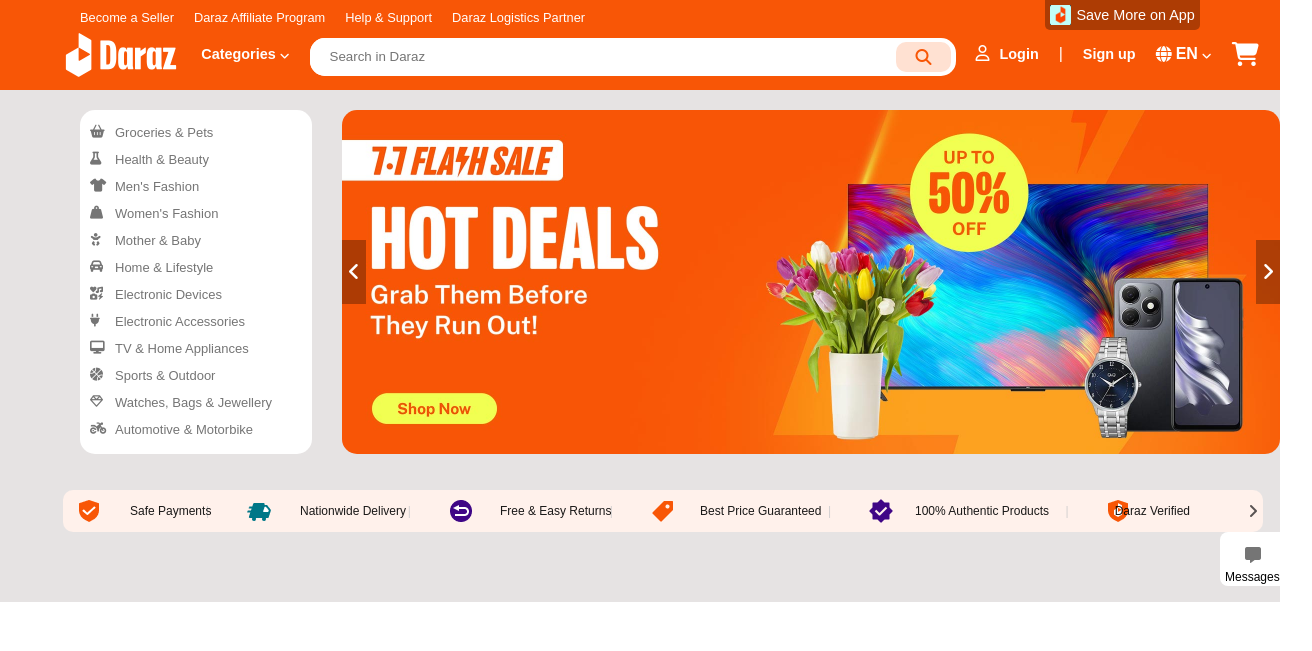
Repository: ubiadurrahman/Draz---Clone
Page: daraz.html
The author's editor kept a copy of each file at every save. The page is drawn from the files as they stood at one save, then again after the next save.
The browser window is 1280 px wide. The page is 1312 px wide, so the pictures cover 1312 px, including what lies to the right of the window. The pictures show the whole page.

Above is the page before, as saved 2024-07-10 22:41:58.

### daraz.html
<!DOCTYPE html>
<html lang="en">

<head>
    <meta charset="UTF-8">
    <meta name="viewport" content="width=device-width, initial-scale=1.0">
    <title>Daraz</title>
    <link rel="stylesheet" href="https://cdnjs.cloudflare.com/ajax/libs/font-awesome/6.5.2/css/all.min.css"
        integrity="sha512-SnH5WK+bZxgPHs44uWIX+LLJAJ9/2PkPKZ5QiAj6Ta86w+fsb2TkcmfRyVX3pBnMFcV7oQPJkl9QevSCWr3W6A=="
        crossorigin="anonymous" referrerpolicy="no-referrer" />
    <link rel="stylesheet" href="daraz.css">
</head>

<body>
    <header>
        <section class="head-top">
            <div class="topleft">
                <div class="topspace"></div>
                <div class="topleft1">
                    <p class="tophover">Become a Seller</p>
                </div>
                <div class="topleft2">
                    <p class="tophover"> Daraz Affiliate Program</p>
                </div>
                <div class="topleft3">
                    <p class="tophover"> Help & Support</p>
                </div>
                <div class="topleft4">
                    <p class="tophover"> Daraz Logistics Partner</p>
                </div>
            </div>
            <div class="topright">
                <img src="download (1).png" alt="">
                <p class="tophover"> Save More on App</p>
            </div>
        </section>
        <section class="mainhead">
            <div class="logo">
                <img src="daraz-logo.png" alt="">
            </div>
            <div class="category">
                <p>Categories</p>
                <i class="down fa-solid fa-angle-down"></i>
            </div>
            <div class="search">
                <input type="search" placeholder="Search in Daraz">
                <i class="search-icon fa-solid fa-magnifying-glass"></i>
            </div>
            <div class="login">
                <div class="loginicon box">
                    <i class="fa-regular fa-user"></i>
                </div>
                <p>Login</p>
            </div>
            <div class="mainhead-space">
                <p>|</p>
            </div>
            <div class="signup">
                <p>Sign up</p>
            </div>
            <div class="language">
                <i class="fa-solid fa-globe"></i>
                <p>EN</p>
                <i class="down fa-solid fa-angle-down"></i>
            </div>
            <div class="cart">
                <i class="fa-solid fa-cart-shopping"></i>
            </div>
        </section>
    </header>
    <section class="hero-section">
        <div class="first">
            <div class="first-p paragraph">
                <i class="icon fa-solid fa-basket-shopping"></i>
                <p>Groceries & Pets</p>
            </div>
            <div class="second-p paragraph">
                <i class="icon fa-solid fa-flask"></i>
                <p>Health & Beauty</p>
            </div>
            <div class="third-p paragraph">
                <i class="icon fa-solid fa-shirt"></i>
                <p>Men's Fashion</p>
            </div>
            <div class="four-p paragraph">
                <i class="icon fa-solid fa-weight-hanging"></i>
                <p>Women's Fashion</p>
            </div>
            <div class="fifth-p paragraph">
                <i class="icon fa-solid fa-baby"></i>
                <p>Mother & Baby</p>
            </div>
            <div class="six-p paragraph">
                <i class="icon fa-solid fa-car-rear"></i>
                <p>Home & Lifestyle</p>
            </div>
            <div class="seven-p paragraph">
                <i class="icon fa-solid fa-icons"></i>
                <p>Electronic Devices</p>
            </div>
            <div class="eight-p paragraph">
                <i class="icon fa-solid fa-plug"></i>
                <p>Electronic Accessories</p>
            </div>
            <div class="nine-p paragraph">
                <i class="icon fa-solid fa-desktop"></i>
                <p>TV & Home Appliances</p>
            </div>
            <div class="ten-p paragraph">
                <i class="icon fa-solid fa-basketball"></i>
                <p>Sports & Outdoor</p>
            </div>
            <div class="eleven-p paragraph">
                <i class="icon fa-regular fa-gem"></i>
                <p>Watches, Bags & Jewellery</p>
            </div>
            <div class="twelve-p paragraph">
                <i class="icon fa-solid fa-motorcycle"></i>
                <p>Automotive & Motorbike</p>
            </div>
        </div>
        <div class="image-container">
            <div class="image-list">

                <div class="image-item">
                    <img src="hero-1.jpg" alt="">
                </div>
                <div class="image-btn">
                    <button class="slide-btn frst"><i class="fa-solid fa-angle-left"></i></button>
                    <button class="slide-btn-sec"><i class="fa-solid fa-angle-right"></i></button>

                </div>
            </div>
    </section>
    <div class="sec">
        <div class="br">
            <div class="sec-fst">
                <img src="sec-fst.png" alt="">
            </div>
            <p class="sec-fstp">Safe Payments</p>
            <div class="slash">
                <p>|</p>
            </div>
            <div class="sec-sec">
                <img src="sec-sec.png" alt="">
            </div>
            <div class="sec-secp">
                <p>Nationwide Delivery</p>
            </div>
            <div class="slash">
                <p>|</p>
            </div>
            <div class="sec-third">
                <img src="sec-third.png" alt="">
            </div>
            <p class="sec-thirdp">Free & Easy Returns</p>
            <div class="slash">
                <p>|</p>
            </div>
            <div class="sec-four">
                <img src="sec-four.png" alt="">
            </div>
            <div class="sec-fourp">
                <p>Best Price Guaranteed</p>
            </div>
            <div class="slash">
                <p>|</p>
            </div>
            <div class="sec-fifth">
                <img src="sec-fifth.png" alt="">
            </div>
            <div class="sec-fifthp">
                <p>100% Authentic Products</p>
            </div>
            <div class="slash">
                <p>|</p>
            </div>
            <div class="sec-six">
                <img src="sec-six.png" alt="">
            </div>
            <div class="sec-sixp">
                <p>Daraz Verified</p>
            </div>
            <div class="angle">
                <i class="fa-solid fa-angle-right"></i>
            </div>
        </div>
    </div>

    <!-- <div class="mid-pic">
        <div class="mid-image">
            <img src="mid-img.png.crdownload" alt="">
        </div>
    </div>
     -->
<div class="m-box">
    <div class="msg-box">
        <div class="icon-box">
            <i class="fa-solid fa-message"></i>
        </div>
        <div class="message-box">
            <p>Messages</p>
        </div>
    </div>
    </div>

</body>

</html>

### daraz.css
* {
    margin: 0px;
    padding: 0px;
    border: border-box;
    font-family: "Robot", sans-serif;
}

header {
    height: 90px;
    width: 100%;
    background-color: #f85606;
    color: white;
}

.head-top {
    height: 30px;
    display: flex;
}

.topleft {
    display: flex;
    align-items: center;
    gap: 20px;
    padding-top: 5px;
    font-size: 0.8rem;
}

.topspace {
    width: 60px;
}

/* TopRight */
.topright {
    width: 145px;
    height: 30px;
    display: flex;
    position: absolute;
    right: 80px;
    align-items: center;
    justify-content: center;
    gap: 5px;
    background-color: #0000004d;
    padding: 0px 5px;
    border-bottom-right-radius: 5px;
    border-bottom-left-radius: 5px;
    cursor: pointer;
}

.topright img {
    height: 20px;
}

.topright p {
    font-size: 0.9rem;
}

.topleft1 p {
    cursor: pointer;
}

.topleft2 p {
    cursor: pointer;
}

.topleft3 p {
    cursor: pointer;
}

.tophover:hover {
    color: #cdcdcd;
}

/* +++++++++++++++++++++Main Head+++++++++++++++++++++ */
.mainhead {
    display: flex;
    align-items: center;
    justify-content: center;
    gap: 20px;
}

.logo {
    width: 120px;
    height: 48px;
    margin-left: 40px;
}

.logo img {
    height: 48px;
}

.category {
    display: flex;
    align-items: center;
    justify-content: center;
    gap: 4px;
}

.category p {
    font-size: 0.9rem;
    font-weight: 700;
}

.category:hover {
    background-color: #d45617;
    width: 90px;
    height: 35px;
    border-radius: 10px;
}

.search {
    width: 646px;
    height: 38px;
    display: flex;
    align-items: center;
    justify-content: space-around;
    background-color: white;
    border-radius: 15px;
    margin-top: 5px;
}

.search input {
    width: 100%;
    height: 100%;
    border: none;
    outline: none;
    padding-left: 20px;
    border-radius: 15px;
}

placeholder {
    color: #a1a09e;
}

.search i {
    width: 60px;
    height: 30px;
    background-color: #ffe1d2;
    color: #f85606;
    border-radius: 10px;
    display: flex;
    align-items: center;
    justify-content: center;
    margin-right: 5px;
    cursor: pointer;
}

.login {
    display: flex;
    align-items: center;
    justify-content: center;
    gap: 10px;
    cursor: pointer;
}

.login p {
    font-size: 0.9rem;
    font-weight: 700;
}

.login:hover {
    background-color: #d45617;
    width: 80px;
    height: 35px;
    border-radius: 10px;
}

.language {
    display: flex;
    align-items: center;
    justify-content: center;
    gap: 4px;
    cursor: pointer;
}

.signup p {
    font-size: 0.9rem;
    font-weight: 700;
}

.signup:hover {
    display: flex;
    align-items: center;
    justify-content: center;
    background-color: #d45617;
    width: 60px;
    height: 35px;
    border-radius: 10px;
}

.language:hover {
    background-color: #d45617;
    width: 60px;
    height: 35px;
    border-radius: 10px;
}

.language p {
    font-weight: 600;
}

.down {
    font-size: 0.7rem;
    padding-top: 5px;
}

.cart i {
    font-size: 1.5rem;
}

.cart:hover {
    display: flex;
    align-items: center;
    justify-content: center;
    background-color: #d45617;
    width: 40px;
    height: 35px;
    border-radius: 10px;
}

/* Hero Section */

.hero-section {
    display: flex;
    width: 100%;
    height: 400px;
    background-color: #e6e3e3;
}

.first {
    width: 239.23px;
    height: 344px;
    background-color: white;
    margin-top: 20px;
    margin-left: 80px;
    color: #757575;
    border-radius: 15px;
}

.paragraph {
    display: flex;
    width: 172px;
    height: 27px;
    font-size: 13px;
    margin: 0px 0px 0px 35px;
}

.first-p {
    display: flex;
    width: 172px;
    height: 27px;
    font-size: 13px;
    margin: 15px 0px 0px 35px;
}

.icon {

    position: absolute;
    left: 90px;
}

.image-container{
    position: relative;
    /* width: 938px;
    height: 344px;
    margin-top: 20px;
    margin-left: 30px;
    background-size: cover;
    border-radius: 15px; */
}
.image-list {
    display: flex;
}
.image-item {
    min-width: 14%;

}
.image-item img {
    width: 938px;
    height: 344px;
    margin-top: 20px;
    margin-left: 30px;
    background-size: cover;
    border-radius: 15px;
}

.image-btn {
    position: absolute;
    top: 0;
    display: flex;
    justify-content: space-between;
    width: 1000px;
}
.slide-btn {
    width: 24px;
    height: 64px;
    font-size: 20px;
    color: white;
    background-color: #0000004d;
    border: transparent;
    margin-top: 150px;
    margin-left: 30px;
    margin-right: 32px;
}
.slide-btn-sec{
    width: 24px;
    height: 64px;
    font-size: 20px;
    color: white;
    background-color: #0000004d;
    border: transparent;
    margin-top: 150px;
    margin-left: 30px;
    margin-right: 32px;
}
.sec {
    display: flex;
    align-items: center;
    justify-content: space-evenly;
    background-color:#e6e3e3;
}
.br {
    display: flex;
    justify-content: space-evenly;
    align-items: center;
    color: #000000e6;
    background-color: #fff1eb;
    width: 1200px;
    height: 42px;
    margin-left: 46px;
    font-size: 12px;
    border-radius: 10px;
}
.br:hover {
    background-color: rgb(247, 236, 238);
}
.sec-fst {
    display: flex;
    align-items: center;
    width: 100.3px;
    height: 12px;
}
.sec-fstp{
    font-size: 12px;
    position: absolute;
    left: 130px;
}
.sec-sec {
    display: flex;
    align-items: center;
    width: 131.75px;
    height: 12px;
}
.sec-secp{
    font-size: 12px;
    position: absolute;
    left: 300px;
}
.sec-third {
    display: flex;
    align-items: center;
    width: 132.36px;
    height: 12px;
}
.sec-thirdp{
    font-size: 12px;
    position: absolute;
    left: 500px;
}
.sec-four {
    display: flex;
    align-items: center;
    width: 148.45px;
    height: 12px;
}
.sec-fourp{
    font-size: 12px;
    position: absolute;
    left: 700px;
}
.sec-fifth {
    display: flex;
    align-items: center;
    width: 167.59px;
    height: 12px;
}
.sec-fifthp{
    font-size: 12px;
    position: absolute;
    left: 915px;
}
.sec-six {
    display: flex;
    align-items: center;
    width: 92.69px;
    height: 12px;
}
.sec-sixp{
    font-size: 12px;
    position: absolute;
    right: 90px;
}
.br img {
    width: 24px;
    height: 24px;
}

.slash {
    display: flex;
    align-items: center;
    color: #d3d0d0;
    width: 21px;
    height: 22px;
    padding: 0px 6px 0px 15px;
}
.angle {
    color:#585252;
    font-size: 1rem;
    width: 26px;
    height: 16px;
    position: relative;
    left: 25px;
    padding: 0px 0px 0px 10px;
}

.m-box{
    width: 100%;
    height: 70px;
    background-color: #e6e3e3;
}
.msg-box {
    justify-content: center;
    align-items: center;
    width: 60px;
    height: 54px;
    background-color: white;
    position: fixed;
    right: 0px;
    top: ;
    border-top-left-radius: 8px;
    border-bottom-left-radius: 8px;
}

.icon-box{
    margin-left: 25px;
    margin-top: 15px;
    width: 22px;
    height: 18.34px;
    color: #757575;
}

.message-box {
    justify-content: center;
    margin-left: 5px;
    margin-top: 5px;
    width: 54.7px;
    height: 13.8px;
    font-size: 0.75rem;
}

After the next save:
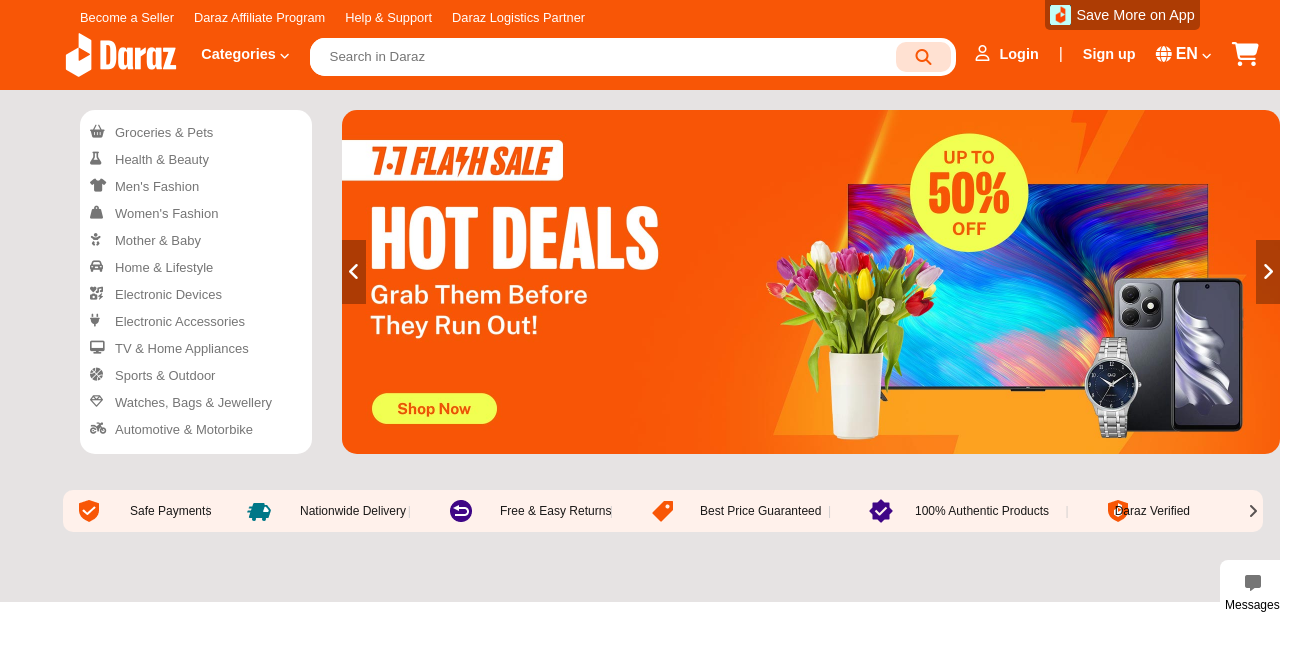
Saved 5 s later.
--- a/daraz.css
+++ b/daraz.css
@@ -435,7 +435,7 @@
     background-color: white;
     position: fixed;
     right: 0px;
-    top: ;
+    top: 560px;
     border-top-left-radius: 8px;
     border-bottom-left-radius: 8px;
 }
